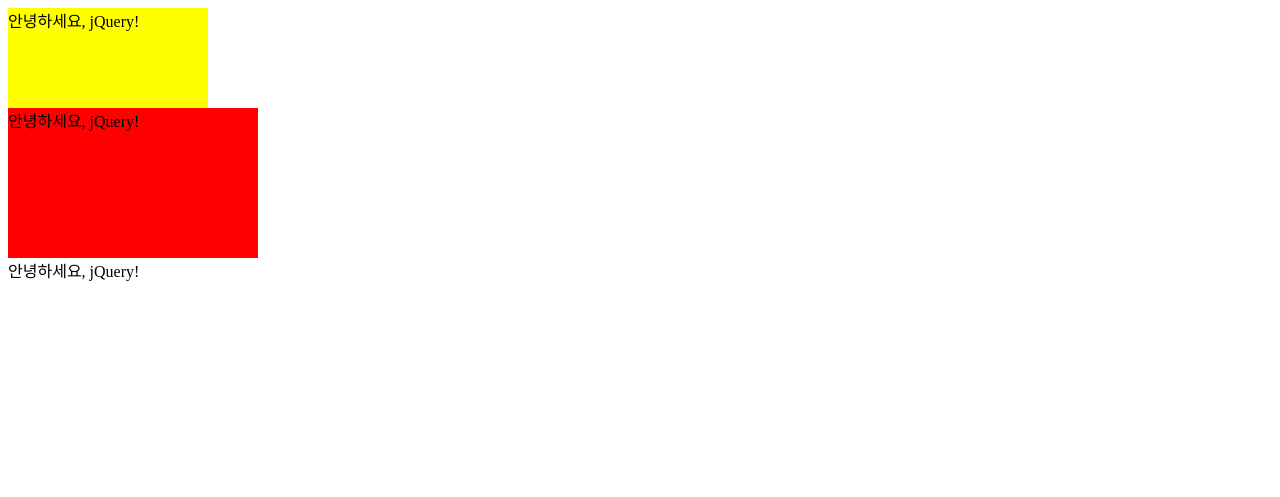
Repository: l3asic/TeamC
Page: 09.jQuery/WebContent/jq02.html
These files come from the project's save history. The page is drawn as it stood at one moment and after the next save; the edit follows.
The browser window is 1280 px wide. The pictures show the whole page.

Above is the page before, as saved 2021-12-08 06:08:53.

After the next save:
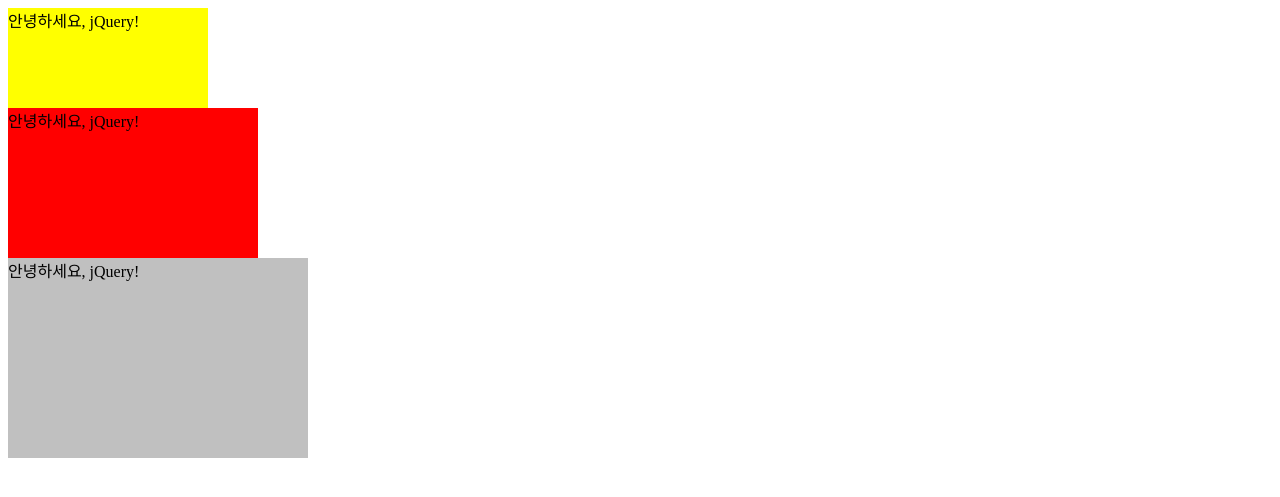
Saved 7 min 52 s later.
--- a/09.jQuery/WebContent/jq02.html
+++ b/09.jQuery/WebContent/jq02.html
@@ -10,6 +10,13 @@
 	height: 150px;
 }
 </style>
+
+<script type="text/javascript" src="https://code.jquery.com/jquery-3.6.0.min.js"></script>
+<script type="text/javascript">
+$(function(){
+	$("#display").css("background", "silver").css("width", "300px").css("height", "200px");
+});	//ready()
+</script>
 </head>
 <body>
 <div style="background-color: yellow; width: 200px; height: 100px;">
